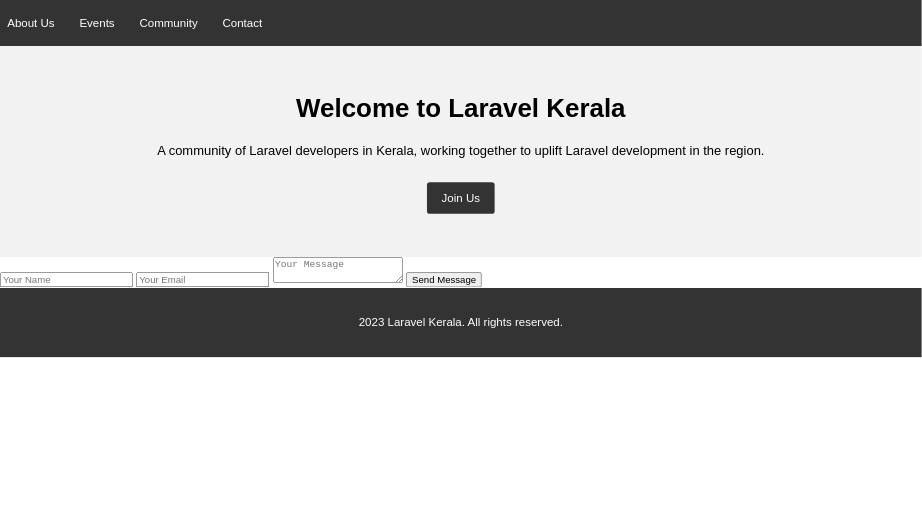
Repository: nanduldas/laravelkerala
Page: index.html
These files come from the project's save history. The page is drawn as it stood at one moment and after a run of saves; the edit follows.
The browser window is 1280 px wide. The pictures show the whole page, at 72% of full size.

Above is the page before, as saved 2023-07-08 12:49:59.

### index.html

<!DOCTYPE html>
<html>
<head>
    <title>Laravel Kerala | Home</title>
    <link rel="stylesheet" type="text/css" href="style.css"> <!-- Link your custom CSS file -->
</head>
<body>
    <header>
        <nav>
            <ul>
                <li><a href="#about">About Us</a></li>
                <li><a href="#events">Events</a></li>
                <li><a href="#community">Community</a></li>
                <li><a href="#contact">Contact</a></li>
            </ul>
        </nav>
    </header>

    <section id="hero">
        <h1>Welcome to Laravel Kerala</h1>
        <p>A community of Laravel developers in Kerala, working together to uplift Laravel development in the region.</p>
        <a href="#contact" class="btn">Join Us</a>
    </section>

    <!-- <section id="about">
        <h2>About Us</h2>
        <p>
            Laravel Kerala is a group of Laravel developers who are passionate about promoting and enhancing Laravel development in Kerala, India. We organize events, meetups, and workshops to share knowledge and foster a strong Laravel community.
        </p>
    </section>

    <section id="events">
        <h2>Events</h2>
        <p>
            At Laravel Kerala, we conduct regular events and meetups to bring Laravel enthusiasts together. Keep an eye on our upcoming events to participate and expand your Laravel skills and network.
        </p>
    </section>

    <section id="community">
        <h2>Community</h2>
        <p>
            Join our community of Laravel developers in Kerala to connect with like-minded individuals, collaborate on projects, seek help, and share your knowledge and experiences. Together, we can achieve more.
        </p>
    </section>

    <!-- <section id="contact">
        <h2>Contact</h2>
        <p>
            Have any questions or want to get involved? Reach out to us using the form below or email us at info@laravelkerala.com.
        </p>
        <form action="submit.php" method="POST"> <!-- Replace "submit.php" with the actual PHP script to handle the form submission -->
            <input type="text" name="name" placeholder="Your Name" required>
            <input type="email" name="email" placeholder="Your Email" required>
            <textarea name="message" placeholder="Your Message" required></textarea>
            <button type="submit">Send Message</button>
        </form>
    </section>

    <footer>
        <p><script>
            document.write(new Date().getFullYear());
          </script> Laravel Kerala. All rights reserved.</p>
    </footer>
</body>
</html>

### style.css
/* style.css */

/* Global Styles */
body {
    font-family: Arial, sans-serif;
    margin: 0;
    padding: 0;
    line-height: 1.5;
  }

  .container {
    max-width: 960px;
    margin: 0 auto;
    padding: 0 15px;
  }

  /* Header Styles */
  header {
    background-color: #333;
    padding: 20px 0;
    color: #fff;
  }

  nav ul {
    list-style: none;
    margin: 0;
    padding: 0;
  }

  nav ul li {
    display: inline-block;
    margin-right: 10px;
  }

  nav ul li a {
    color: #fff;
    text-decoration: none;
    padding: 5px 10px;
  }

  /* Hero Section Styles */
  #hero {
    text-align: center;
    background-color: #f2f2f2;
    padding: 60px 0;
  }

  #hero h1 {
    font-size: 36px;
    margin: 0;
  }

  #hero p {
    font-size: 18px;
    margin-bottom: 30px;
  }

  .btn {
    background-color: #333;
    color: #fff;
    padding: 10px 20px;
    text-decoration: none;
    border-radius: 4px;
    display: inline-block;
  }

  /* Sections Styles */
  section {
    padding: 60px 0;
  }

  section h2 {
    font-size: 30px;
    margin-bottom: 30px;
  }

  section p {
    font-size: 16px;
  }

  /* Form Styles */
  form input,
  form textarea,
  form button {
    margin-bottom: 20px;
    width: 100%;
    padding: 10px;
    border: 1px solid #ccc;
    border-radius: 4px;
    box-sizing: border-box;
  }

  form button {
    background-color: #333;
    color: #fff;
    cursor: pointer;
  }

  /* Footer Styles */
  footer {
    background-color: #333;
    color: #fff;
    padding: 20px 0;
    text-align: center;
  }

  /* Responsive Styles */
  @media (max-width: 768px) {
    header {
      text-align: center;
    }

    #hero h1 {
      font-size: 28px;
    }

    #hero p {
      font-size: 16px;
    }

    form input,
    form textarea,
    form button {
      width: 100%;
    }
  }

After the next 2 saves:
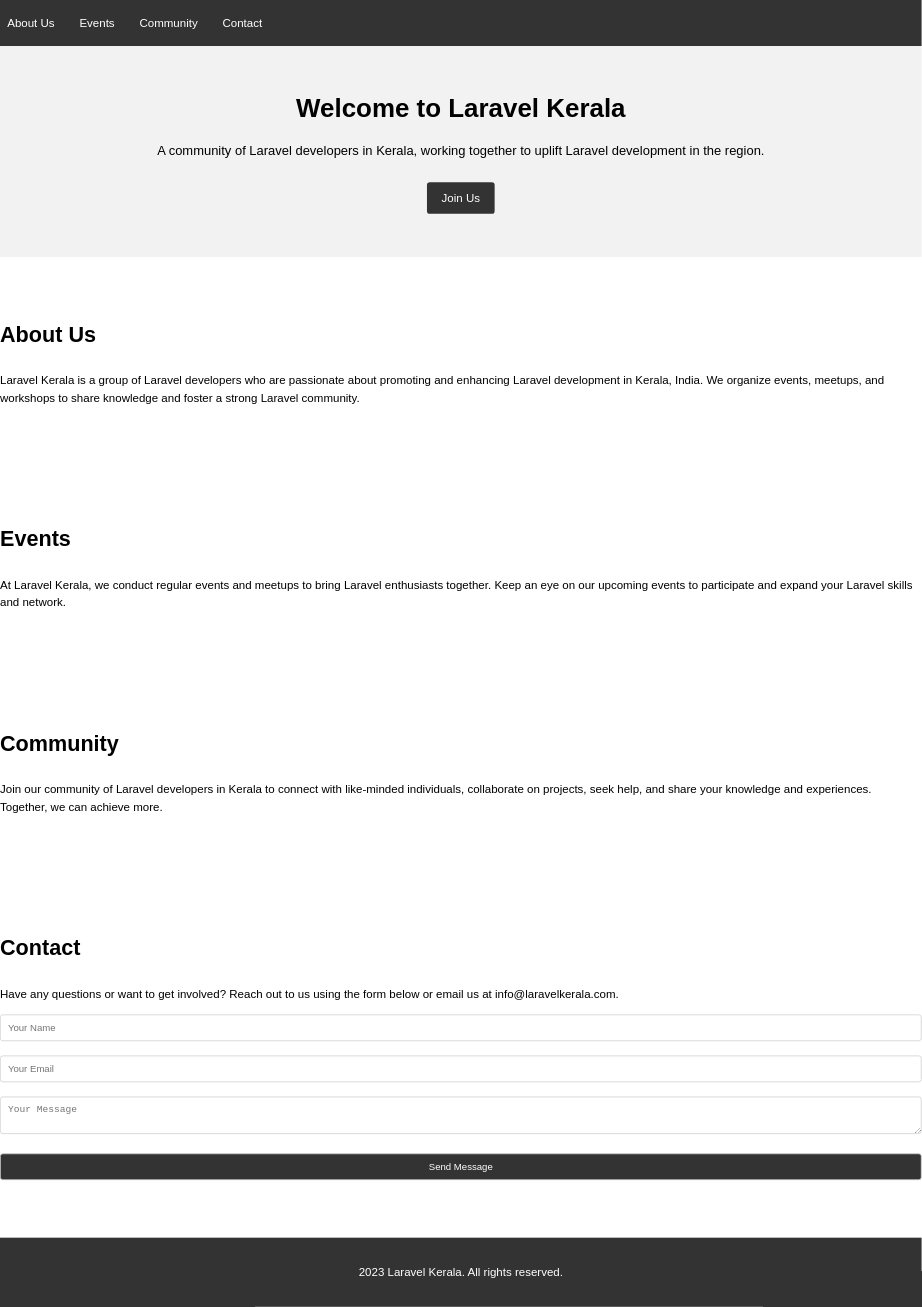
The 2 saves are shown as one change because they came seconds apart.
The last was saved 7 s later.
--- a/index.html
+++ b/index.html
@@ -23,7 +23,7 @@
         <a href="#contact" class="btn">Join Us</a>
     </section>
 
-    <!-- <section id="about">
+    <section id="about">
         <h2>About Us</h2>
         <p>
             Laravel Kerala is a group of Laravel developers who are passionate about promoting and enhancing Laravel development in Kerala, India. We organize events, meetups, and workshops to share knowledge and foster a strong Laravel community.
@@ -44,7 +44,7 @@
         </p>
     </section>
 
-    <!-- <section id="contact">
+    <section id="contact">
         <h2>Contact</h2>
         <p>
             Have any questions or want to get involved? Reach out to us using the form below or email us at info@laravelkerala.com.
